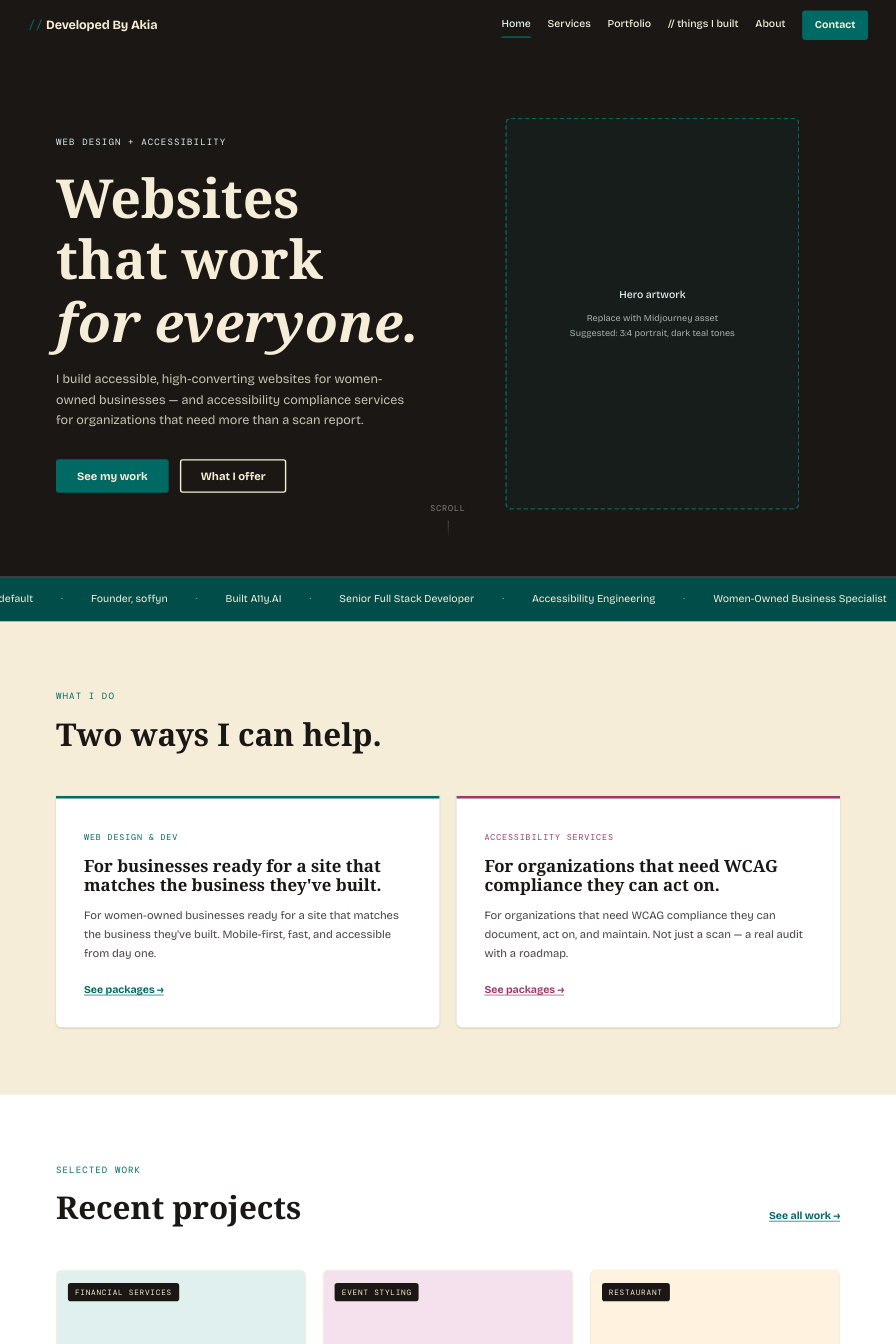
Repository: akiachenise/developed-by-akia
Page: index.html
An editor plug-in stored every save of this project. The page is shown before and after the next save, followed by the edit.
The browser window is 1280 px wide. The pictures show the part of the page from y = 0 to 1920 px (the page is 4658 px tall before and 2609 px after), at 70% of full size.
Some web fonts or font styles are not loaded; a fallback is used.

Above is the page before, as saved 2026-04-18 09:56:24.

### index.html
<!DOCTYPE html>
<html lang="en">
<head>
  <meta charset="UTF-8" />
  <meta name="viewport" content="width=device-width, initial-scale=1.0" />
  <title>Developed By Akia — Accessible Web Design for Women-Owned Businesses</title>
  <meta name="description" content="I build accessible, high-converting websites for women-owned businesses and accessibility compliance services for organizations. WCAG 2.1 AA by default." />
  <!-- Open Graph -->
  <meta property="og:title" content="Developed By Akia — Accessible Web Design for Women-Owned Businesses" />
  <meta property="og:description" content="I build accessible, high-converting websites for women-owned businesses and accessibility compliance services for organizations. WCAG 2.1 AA by default." />
  <meta property="og:type" content="website" />
  <meta property="og:url" content="https://developedbyakia.com/" />
  <!-- Canonical -->
  <link rel="canonical" href="https://developedbyakia.com/" />
  <!-- Styles -->
  <link rel="preconnect" href="https://fonts.googleapis.com">
  <link rel="preconnect" href="https://fonts.gstatic.com" crossorigin>
  <link href="https://fonts.googleapis.com/css2?family=Bricolage+Grotesque:opsz,wght@12..96,400;12..96,500;12..96,700&family=DM+Mono:wght@400&family=Instrument+Serif:ital@0;1&display=swap" rel="stylesheet">
  <link rel="stylesheet" href="css/tokens.css" />
  <link rel="stylesheet" href="css/reset.css" />
  <link rel="stylesheet" href="css/main.css" />
  <!-- Structured Data -->
  <script type="application/ld+json">
  {
    "@context": "https://schema.org",
    "@type": "LocalBusiness",
    "name": "Developed By Akia LLC",
    "description": "Web design, development, and accessibility services for women-owned businesses and organizations.",
    "url": "https://developedbyakia.com",
    "email": "developedbyakia@gmail.com",
    "founder": {
      "@type": "Person",
      "name": "Akia Young"
    },
    "address": {
      "@type": "PostalAddress",
      "addressLocality": "Chicago",
      "addressRegion": "IL",
      "addressCountry": "US"
    },
    "areaServed": "Worldwide",
    "serviceType": ["Web Design", "Web Development", "Accessibility Auditing", "WCAG Compliance"]
  }
  </script>
</head>
<body>
  <!-- Skip navigation -->
  <a class="skip-nav" href="#main-content">Skip to main content</a>

  <!-- Navigation -->
  <header class="nav" id="siteNav" role="banner">
    <a href="index.html" class="nav__logo" aria-label="Developed By Akia — home">
      <span class="logo-slash">//</span> Developed By Akia
    </a>
    <button
      class="nav__toggle"
      id="navToggle"
      aria-expanded="false"
      aria-controls="navOverlay"
      aria-label="Open navigation menu"
    >
      <span></span><span></span><span></span>
    </button>
    <nav class="nav__menu" aria-label="Primary navigation">
      <a href="index.html" class="nav__link" aria-current="page">Home</a>
      <a href="services.html" class="nav__link">Services</a>
      <a href="portfolio.html" class="nav__link">Portfolio</a>
      <a href="built.html" class="nav__link">// things I built</a>
      <a href="about.html" class="nav__link">About</a>
      <a href="contact.html" class="nav__link nav__link--cta">Contact</a>
    </nav>
  </header>

  <!-- Mobile nav overlay -->
  <div class="nav__overlay" id="navOverlay" role="dialog" aria-modal="true" aria-label="Navigation menu">
    <button class="nav__toggle" aria-label="Close navigation menu" style="position:absolute;top:1.5rem;right:1.5rem;" onclick="document.getElementById('navToggle').click()">
      <span></span><span></span><span></span>
    </button>
    <nav aria-label="Mobile navigation">
      <a href="index.html" class="nav__link" aria-current="page">Home</a>
      <a href="services.html" class="nav__link">Services</a>
      <a href="portfolio.html" class="nav__link">Portfolio</a>
      <a href="built.html" class="nav__link">// things I built</a>
      <a href="about.html" class="nav__link">About</a>
      <a href="contact.html" class="nav__link nav__link--cta">Contact</a>
    </nav>
  </div>

  <!-- Main content -->
  <main id="main-content">

    <!-- Hero -->
    <section class="hero" aria-label="Introduction">
      <div class="hero__inner">
        <p class="hero__eyebrow">Web Design + Accessibility</p>
        <h1 class="hero__title">
          Websites that work<br />
          <em>for everyone.</em>
        </h1>
        <p class="hero__sub">
          I build accessible, high-converting websites for women-owned businesses — and accessibility compliance services for organizations that need more than a scan report.
        </p>
        <div class="hero__actions">
          <a href="portfolio.html" class="btn btn--primary">See my work</a>
          <a href="services.html" class="btn btn--ghost">What I offer</a>
        </div>
      </div>
      <div class="hero__image-col">
        <div
          class="img-placeholder"
          role="img"
          aria-label="Hero artwork: Black woman at a desk, surrounded by elements suggesting code, creativity, and nature — teal and parchment tones"
        >
          <span class="img-placeholder__label">Hero artwork</span>
          <span class="img-placeholder__sub">Replace with Midjourney asset<br />Suggested: 3:4 portrait, dark teal tones</span>
        </div>
      </div>
      <div class="hero__scroll" aria-hidden="true">
        <span>Scroll</span>
        <div class="hero__scroll-line"></div>
      </div>
    </section>

    <!-- Marquee -->
    <div class="marquee" aria-hidden="true">
      <div class="marquee__track">
        <span>10+ years building for the web</span><span class="marquee__dot"> · </span>
        <span>WCAG 2.1 AA by default</span><span class="marquee__dot"> · </span>
        <span>Founder, soffyn</span><span class="marquee__dot"> · </span>
        <span>Built A11y.AI</span><span class="marquee__dot"> · </span>
        <span>Senior Full Stack Developer</span><span class="marquee__dot"> · </span>
        <span>Accessibility Engineering</span><span class="marquee__dot"> · </span>
        <span>Women-Owned Business Specialist</span><span class="marquee__dot"> · </span>
        <!-- duplicate for seamless loop -->
        <span>10+ years building for the web</span><span class="marquee__dot"> · </span>
        <span>WCAG 2.1 AA by default</span><span class="marquee__dot"> · </span>
        <span>Founder, soffyn</span><span class="marquee__dot"> · </span>
        <span>Built A11y.AI</span><span class="marquee__dot"> · </span>
        <span>Senior Full Stack Developer</span><span class="marquee__dot"> · </span>
        <span>Accessibility Engineering</span><span class="marquee__dot"> · </span>
        <span>Women-Owned Business Specialist</span><span class="marquee__dot"> · </span>
      </div>
    </div>

    <!-- Services Overview -->
    <section class="services-overview section" aria-labelledby="services-heading">
      <div class="container">
        <div class="section__head">
          <span class="section__label">What I Do</span>
          <h2 class="section__title" id="services-heading">Two ways I can help.</h2>
        </div>
        <div class="services-overview__grid">
          <div class="service-card" data-reveal>
            <span class="service-card__tag">Web Design & Dev</span>
            <h3 class="service-card__title">For businesses ready for a site that matches the business they've built.</h3>
            <p class="service-card__body">
              For women-owned businesses ready for a site that matches the business they've built. Mobile-first, fast, and accessible from day one.
            </p>
            <a href="services.html#web-design" class="service-card__link">See packages →</a>
          </div>
          <div class="service-card service-card--berry" data-reveal>
            <span class="service-card__tag">Accessibility Services</span>
            <h3 class="service-card__title">For organizations that need WCAG compliance they can act on.</h3>
            <p class="service-card__body">
              For organizations that need WCAG compliance they can document, act on, and maintain. Not just a scan — a real audit with a roadmap.
            </p>
            <a href="services.html#accessibility" class="service-card__link">See packages →</a>
          </div>
        </div>
      </div>
    </section>

    <!-- Featured Work -->
    <section class="featured-work section" aria-labelledby="work-heading">
      <div class="container">
        <div class="section__head">
          <div>
            <span class="section__label">Selected Work</span>
            <h2 class="section__title" id="work-heading">Recent projects</h2>
          </div>
          <a href="portfolio.html" class="section__cta">See all work →</a>
        </div>
        <div class="portfolio-grid">
          <article class="project-card" data-reveal data-filter="web-design">
            <div class="project-card__img">
              <div
                class="img-placeholder"
                role="img"
                aria-label="Novak Financial Group website screenshot — clean, professional site with dark navy and gold tones"
              >
                <span class="img-placeholder__label">Novak Financial Group</span>
                <span class="img-placeholder__sub">Replace with project screenshot</span>
              </div>
              <div class="project-card__tag-wrap">
                <span class="project-card__client-tag">Financial Services</span>
              </div>
            </div>
            <div class="project-card__info">
              <h3 class="project-card__title">Novak Financial Group</h3>
              <p class="project-card__outcome">Full redesign + accessibility overhaul. 40% bounce rate reduction in 30 days.</p>
              <a href="portfolio.html#novak" class="project-card__link">View case study →</a>
            </div>
          </article>
          <article class="project-card" data-reveal data-filter="web-design">
            <div class="project-card__img project-card__img--berry">
              <div
                class="img-placeholder"
                role="img"
                aria-label="Poppin' by Rosie website — vibrant balloon artist portfolio with pink and warm tones"
              >
                <span class="img-placeholder__label">Poppin' by Rosie</span>
                <span class="img-placeholder__sub">Replace with project screenshot</span>
              </div>
              <div class="project-card__tag-wrap">
                <span class="project-card__client-tag">Event Styling</span>
              </div>
            </div>
            <div class="project-card__info">
              <h3 class="project-card__title">Poppin' by Rosie</h3>
              <p class="project-card__outcome">New site + booking system. First corporate contract ($3,200) in 45 days.</p>
              <a href="portfolio.html#rosie" class="project-card__link">View case study →</a>
            </div>
          </article>
          <article class="project-card" data-reveal data-filter="accessibility">
            <div class="project-card__img project-card__img--amber">
              <div
                class="img-placeholder"
                role="img"
                aria-label="Carmen's Table restaurant website — warm amber and terracotta tones with accessible menu layout"
              >
                <span class="img-placeholder__label">Carmen's Table</span>
                <span class="img-placeholder__sub">Replace with project screenshot</span>
              </div>
              <div class="project-card__tag-wrap">
                <span class="project-card__client-tag">Restaurant</span>
              </div>
            </div>
            <div class="project-card__info">
              <h3 class="project-card__title">Carmen's Table</h3>
              <p class="project-card__outcome">Rebuilt + WCAG remediation. Page 1 Google ranking in 60 days.</p>
              <a href="portfolio.html#carmens" class="project-card__link">View case study →</a>
            </div>
          </article>
        </div>
      </div>
    </section>

    <!-- Things I Built -->
    <section class="built-strip section" aria-labelledby="built-heading">
      <div class="container">
        <div class="section__head">
          <span class="section__label" style="color:var(--color-teal-light)">Side Projects</span>
          <h2 class="section__title" id="built-heading">// things I built</h2>
        </div>
        <div class="built-cards">
          <div class="built-card" data-reveal>
            <h3 class="built-card__name">soffyn</h3>
            <p class="built-card__desc">
              A wellness app built specifically for Black women. No streaks. No shame. No pressure. Launching September 2026.
            </p>
            <div class="built-card__tags">
              <span class="tag">Wellness</span>
              <span class="tag">Mobile App</span>
              <span class="tag">Launching Sept 2026</span>
            </div>
            <a href="built.html#soffyn" class="built-card__link">Learn more about soffyn →</a>
          </div>
          <div class="built-card built-card--berry" data-reveal>
            <h3 class="built-card__name">A11y.AI</h3>
            <p class="built-card__desc">
              An AI-powered alt text generator built at a hackathon. Contextually accurate, screen-reader-optimized alt text from uploaded images.
            </p>
            <div class="built-card__tags">
              <span class="tag">Accessibility</span>
              <span class="tag">AI</span>
              <span class="tag">Hackathon Build</span>
            </div>
            <a href="built.html#a11yai" class="built-card__link">Learn more about A11y.AI →</a>
          </div>
        </div>
        <div style="margin-top:var(--space-md)">
          <a href="built.html" class="section__cta">See everything I've built →</a>
        </div>
      </div>
    </section>

    <!-- About Strip -->
    <section class="about-strip section" aria-labelledby="about-strip-heading">
      <div class="container">
        <div class="about-strip__inner">
          <div class="about-strip__text" data-reveal>
            <span class="section__label">About Akia</span>
            <blockquote class="about-strip__pull-quote">
              "Before I write a single line of code, I sit with you and figure out what your site actually needs to do."
            </blockquote>
            <p class="about-strip__bio">
              I'm a senior full stack developer and accessibility engineer who's been building things on the internet for 10+ years. I run Developed By Akia because I believe every business deserves a site that works — for every visitor.
            </p>
            <a href="about.html" class="btn btn--ghost-dark">About me →</a>
          </div>
          <div data-reveal>
            <div
              class="img-placeholder"
              role="img"
              aria-label="Portrait of Akia Young — artist and developer, warm parchment tones"
              style="max-width:440px;background:var(--color-parchment-dark);color:var(--color-teal-dark)"
            >
              <span class="img-placeholder__label">About photo</span>
              <span class="img-placeholder__sub">Replace with Midjourney asset<br />Suggested: 3:4 portrait, warm parchment tones</span>
            </div>
          </div>
        </div>
      </div>
    </section>

    <!-- Contact CTA -->
    <section class="contact-cta" aria-labelledby="cta-heading">
      <div class="container">
        <h2 class="contact-cta__title" id="cta-heading">Ready to build something?</h2>
        <p class="contact-cta__sub">
          I take on a limited number of projects at a time. If you're ready to invest in a site that works for every user, let's talk.
        </p>
        <a href="contact.html" class="btn btn--berry btn--large">Let's talk →</a>
      </div>
    </section>

  </main>

  <!-- Footer -->
  <footer class="footer" role="contentinfo">
    <div class="container">
      <div class="footer__inner">
        <div class="footer__brand">
          <a href="index.html" class="nav__logo" aria-label="Developed By Akia — home">
            <span class="logo-slash">//</span> Developed By Akia
          </a>
          <p>Accessibility is the default, not an add-on.</p>
        </div>
        <nav class="footer__nav" aria-label="Studio navigation">
          <span class="footer__nav-label">Studio</span>
          <a href="about.html">About</a>
          <a href="portfolio.html">Portfolio</a>
          <a href="contact.html">Contact</a>
        </nav>
        <nav class="footer__social" aria-label="Social links">
          <span class="footer__nav-label">Connect</span>
          <a href="https://linkedin.com/in/akiayoung" rel="noopener noreferrer" target="_blank">LinkedIn</a>
        </nav>
      </div>
      <div class="footer__bottom">
        <p>© Developed By Akia LLC</p>
        <p class="footer__tagline">Accessibility is the default, not an add-on.</p>
      </div>
    </div>
  </footer>

  <!-- ARIA live region for announcements -->
  <div id="ariaLive" aria-live="polite" aria-atomic="true" class="visually-hidden"></div>

  <script src="js/main.js"></script>
</body>
</html>

### css/tokens.css
/* Design Tokens — Developed By Akia */
:root {
  /* Colors */
  --color-teal: #006964;
  --color-teal-light: #E0F0EF;
  --color-teal-dark: #004D49;
  --color-berry: #9B3A6B;
  --color-berry-light: #F5E0ED;
  --color-berry-dark: #72294E;
  --color-parchment: #F5EDD8;
  --color-parchment-dark: #EDE3C8;
  --color-dark: #1A1714;
  --color-dark-mid: #2D2926;
  --color-amber: #C4831A;
  --color-steel: #3E5166;
  --color-text-primary: #1A1714;
  --color-text-secondary: #4A4540;
  --color-text-muted: #7A736C;
  --color-white: #FFFFFF;

  /* Semantic aliases — used in spec and inline styles */
  --color-text-on-dark: #F5EDD8;
  --color-text-on-light: #1A1714;
  --color-text-muted-light: #4A4540;
  --color-text-muted-dark: #C8BEB4;

  /* Typography */
  --font-heading: 'Instrument Serif', Georgia, serif;
  --font-body: 'Bricolage Grotesque', system-ui, sans-serif;
  --font-mono: 'DM Mono', 'Courier New', monospace;

  /* Spacing scale */
  --space-xs: 0.5rem;
  --space-sm: 1rem;
  --space-md: 1.5rem;
  --space-lg: 2.5rem;
  --space-xl: 4rem;
  --space-2xl: 6rem;
  --space-3xl: 9rem;

  /* Border radius */
  --radius-sm: 4px;
  --radius-md: 8px;
  --radius-lg: 16px;

  /* Max widths */
  --max-width: 1200px;
  --content-width: 800px;

  /* Transitions */
  --transition-fast: 150ms ease;
  --transition-base: 250ms ease;
  --transition-slow: 400ms ease;

  /* Shadows */
  --shadow-sm: 0 1px 3px rgba(0,0,0,0.12), 0 1px 2px rgba(0,0,0,0.08);
  --shadow-md: 0 4px 6px rgba(0,0,0,0.10), 0 2px 4px rgba(0,0,0,0.08);
  --shadow-lg: 0 10px 25px rgba(0,0,0,0.12), 0 4px 10px rgba(0,0,0,0.08);

  /* Nav height */
  --nav-height: 72px;
}

### css/reset.css
/* Modern CSS Reset */
*, *::before, *::after {
  box-sizing: border-box;
  margin: 0;
  padding: 0;
}

html {
  scroll-behavior: smooth;
  -webkit-text-size-adjust: 100%;
}

@media (prefers-reduced-motion: reduce) {
  html { scroll-behavior: auto; }
  *, *::before, *::after {
    animation-duration: 0.01ms !important;
    animation-iteration-count: 1 !important;
    transition-duration: 0.01ms !important;
    scroll-behavior: auto !important;
  }
}

body {
  min-height: 100vh;
  line-height: 1.7;
  -webkit-font-smoothing: antialiased;
  -moz-osx-font-smoothing: grayscale;
}

img, picture, video, canvas, svg {
  display: block;
  max-width: 100%;
}

input, button, textarea, select {
  font: inherit;
}

p, h1, h2, h3, h4, h5, h6 {
  overflow-wrap: break-word;
}

h1, h2, h3, h4, h5, h6 {
  line-height: 1.2;
}

ul[role="list"],
ol[role="list"] {
  list-style: none;
}

a {
  color: inherit;
  text-decoration: none;
}

button {
  cursor: pointer;
  border: none;
  background: none;
}

fieldset {
  border: none;
}

table {
  border-collapse: collapse;
}

:root {
  color-scheme: light;
}

Loaded but not shown: js/main.js (277 lines, source omitted); css/main.css (1961 lines, source omitted)

After the next save:
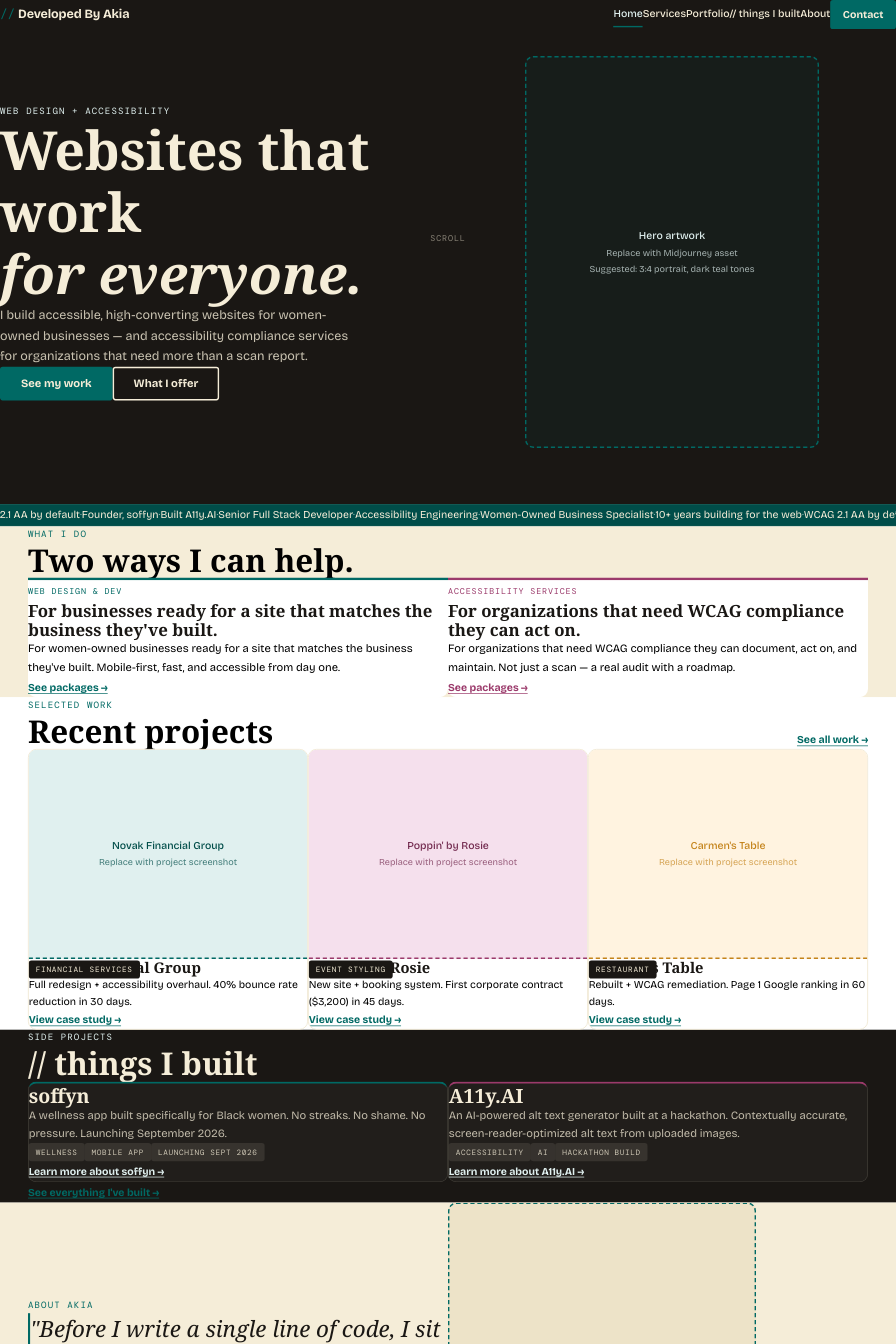
Saved 2 min 12 s later.
--- a/css/tokens.css
+++ b/css/tokens.css
@@ -1,62 +1,34 @@
-/* Design Tokens — Developed By Akia */
 :root {
-  /* Colors */
+  --color-dark: #1a1714;
+  --color-dark-mid: #2d2926;
   --color-teal: #006964;
-  --color-teal-light: #E0F0EF;
-  --color-teal-dark: #004D49;
-  --color-berry: #9B3A6B;
-  --color-berry-light: #F5E0ED;
-  --color-berry-dark: #72294E;
-  --color-parchment: #F5EDD8;
-  --color-parchment-dark: #EDE3C8;
-  --color-dark: #1A1714;
-  --color-dark-mid: #2D2926;
-  --color-amber: #C4831A;
-  --color-steel: #3E5166;
-  --color-text-primary: #1A1714;
-  --color-text-secondary: #4A4540;
-  --color-text-muted: #7A736C;
-  --color-white: #FFFFFF;
+  --color-teal-dark: #004d49;
+  --color-teal-light: #e0f0ef;
+  --color-berry: #9b3a6b;
+  --color-berry-dark: #72294e;
+  --color-berry-light: #f5e0ed;
+  --color-parchment: #f5edd8;
+  --color-parchment-dark: #ede3c8;
+  --color-amber: #c4831a;
+  --color-white: #ffffff;
+  --color-text-on-dark: #f5edd8;
+  --color-text-on-light: #1a1714;
+  --color-text-muted-light: #4a4540;
+  --color-text-muted-dark: #c8beb4;
 
-  /* Semantic aliases — used in spec and inline styles */
-  --color-text-on-dark: #F5EDD8;
-  --color-text-on-light: #1A1714;
-  --color-text-muted-light: #4A4540;
-  --color-text-muted-dark: #C8BEB4;
+  --font-heading: "Instrument Serif", Georgia, serif;
+  --font-body: "Bricolage Grotesque", system-ui, sans-serif;
+  --font-mono: "DM Mono", monospace;
 
-  /* Typography */
-  --font-heading: 'Instrument Serif', Georgia, serif;
-  --font-body: 'Bricolage Grotesque', system-ui, sans-serif;
-  --font-mono: 'DM Mono', 'Courier New', monospace;
+  --radius-sm: 4px;
+  --radius-md: 12px;
+  --radius-lg: 24px;
 
-  /* Spacing scale */
-  --space-xs: 0.5rem;
-  --space-sm: 1rem;
-  --space-md: 1.5rem;
-  --space-lg: 2.5rem;
-  --space-xl: 4rem;
-  --space-2xl: 6rem;
-  --space-3xl: 9rem;
+  --max-width: 1200px;
+  --content-width: 760px;
 
-  /* Border radius */
-  --radius-sm: 4px;
-  --radius-md: 8px;
-  --radius-lg: 16px;
+  --section-padding: 8rem 2rem;
+  --section-padding-mobile: 4rem 1.25rem;
 
-  /* Max widths */
-  --max-width: 1200px;
-  --content-width: 800px;
-
-  /* Transitions */
-  --transition-fast: 150ms ease;
-  --transition-base: 250ms ease;
-  --transition-slow: 400ms ease;
-
-  /* Shadows */
-  --shadow-sm: 0 1px 3px rgba(0,0,0,0.12), 0 1px 2px rgba(0,0,0,0.08);
-  --shadow-md: 0 4px 6px rgba(0,0,0,0.10), 0 2px 4px rgba(0,0,0,0.08);
-  --shadow-lg: 0 10px 25px rgba(0,0,0,0.12), 0 4px 10px rgba(0,0,0,0.08);
-
-  /* Nav height */
-  --nav-height: 72px;
+  --rotate-subtle: -1.5deg;
 }
